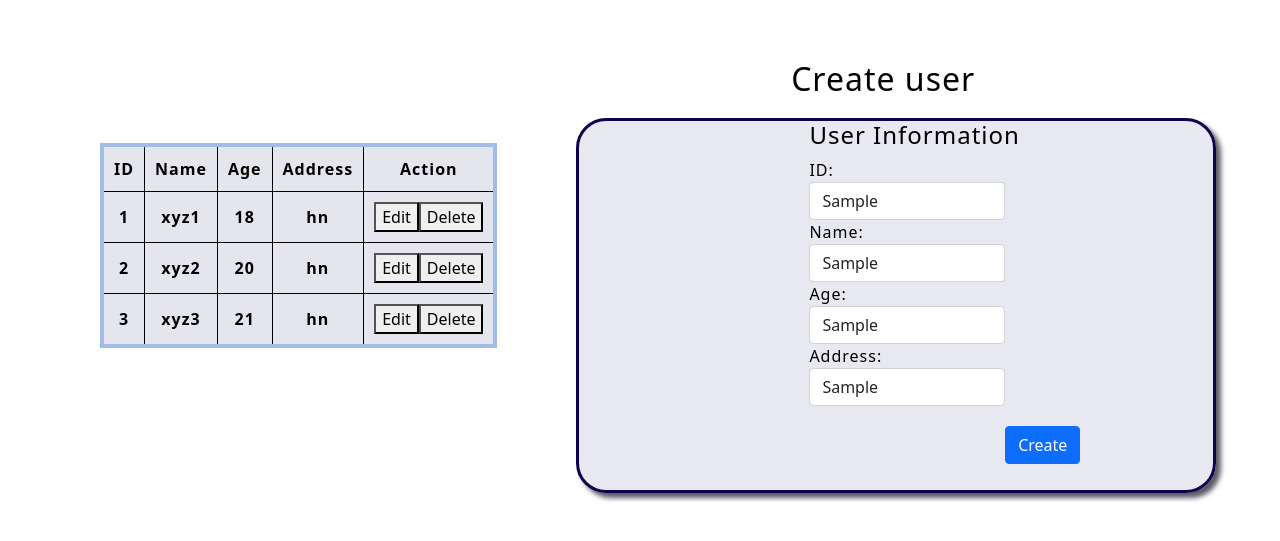
Repository: minhtuan16/JS-Basic
Page: CRUD-Department/user.html
These files come from the project's save history. The page is drawn as it stood at one moment and after the next save; the edit follows.
The browser window is 1280 px wide. The pictures show the whole page.
Empty fields were first filled with sample values (such as "Sample", 5 or name@example.com).
After loading, the first visible `#btnSave` was clicked once.

Above is the page before, as saved 2022-06-09 00:01:57.

After the next save:
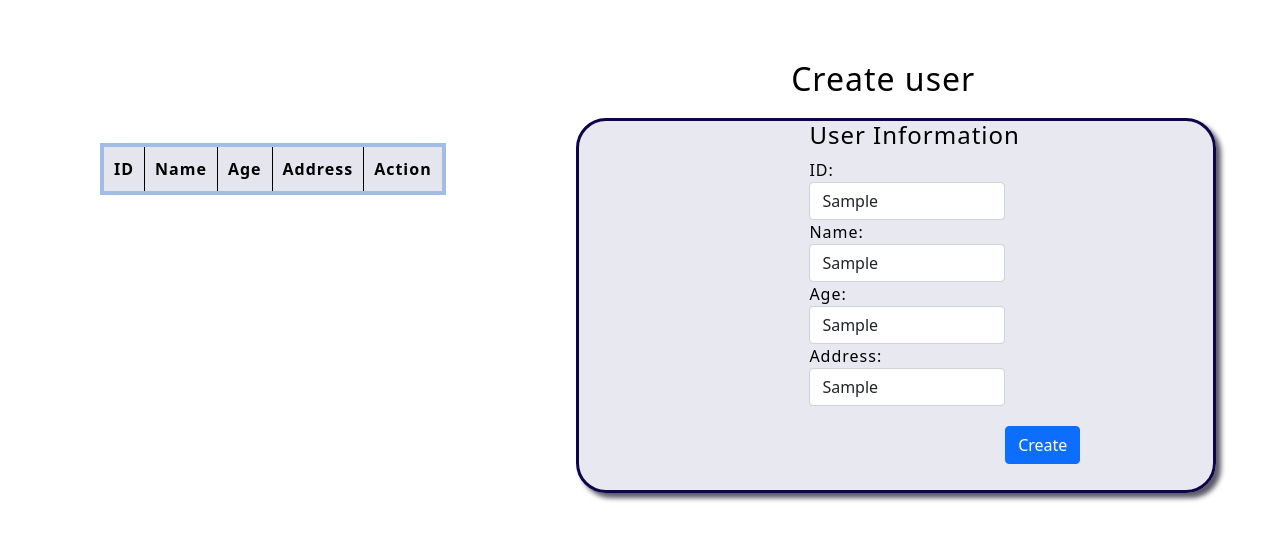
Saved 70 s later.
--- a/CRUD-Department/scripts/user.js
+++ b/CRUD-Department/scripts/user.js
@@ -58,13 +58,7 @@ function resetDrawTable(persons) {
 
 // resetDrawTable(data)
 function create() {
-    // var idIp = document.getElementById("id");
-    // var nameIp = document.getElementById("name");
-    // var ageIp = document.getElementById("age");
-    // var addressIp = document.getElementById("address");
-
-
-
+    if (id != null && name != null && age != null && address != null) {
         var id = document.getElementById("id").value;
         var name = document.getElementById("name").value;
         var age = document.getElementById("age").value;
@@ -75,7 +69,9 @@ function create() {
         data1.push(p);
         // console.log(data1)
         resetDrawTable(data);
-
+    } else {
+        alert('Dien day du thong tin')
+    }
 }
 
 function editPerson(id) {
